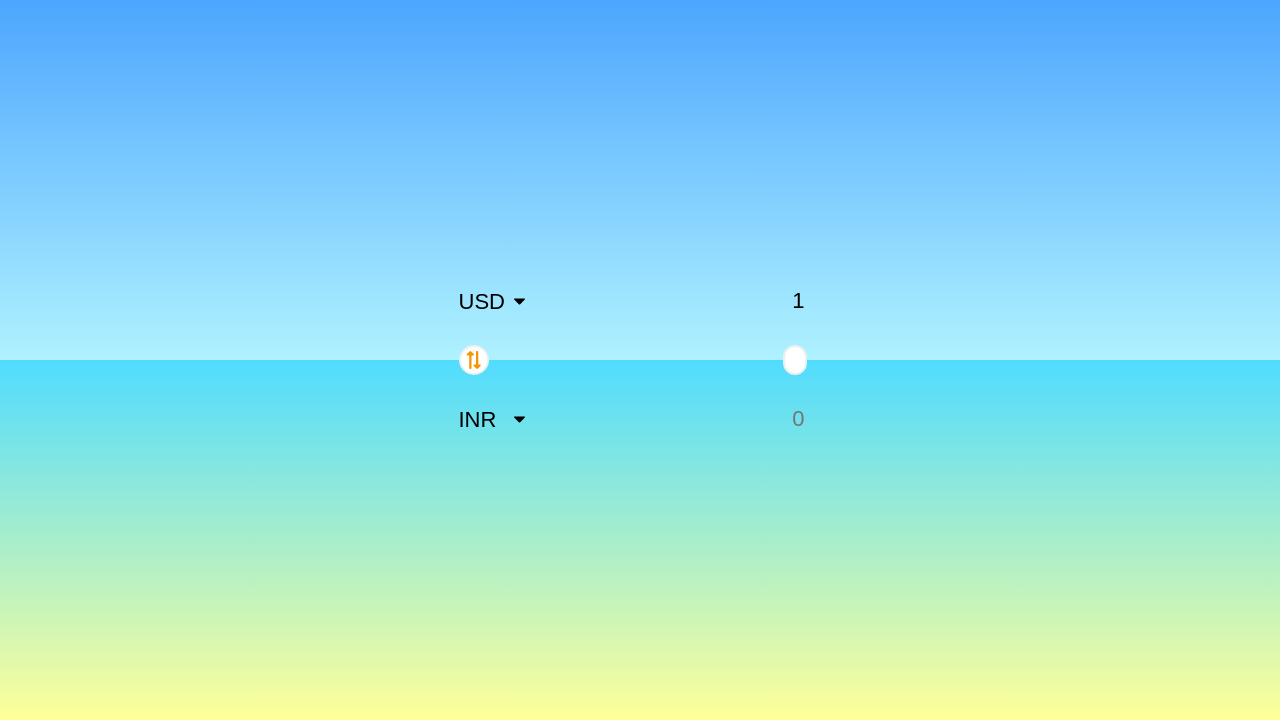
Repository: Sp4ngl3r/Currency-Converter
Page: currency.html
These files come from the project's save history. The page is drawn as it stood at one moment and after the next save; the edit follows.
The browser window is 1280 px wide. The pictures show the whole page.
Some web fonts or font styles are not loaded; a fallback is used. Some web libraries are served in a nearby version.

Above is the page before, as saved 2020-04-18 18:21:53.
Console error: TypeError: Cannot read properties of null (reading 'addEventListener')

### currency.html
<html lang="en">
  <head>
    <meta charset="UTF-8" />
    <title>USD to INR</title>
    <link
      rel="stylesheet"
      href="https://cdnjs.cloudflare.com/ajax/libs/font-awesome/5.10.2/css/all.min.css"
    />
    <link rel="stylesheet" href="currency.css" />
  </head>

  <body>
    <div class="container">
      <div class="currency">
        <select id="from_currency">
          <option value="AED">AED</option>
          <option value="ARS">ARS</option>
          <option value="AUD">AUD</option>
          <option value="BGN">BGN</option>
          <option value="BRL">BRL</option>
          <option value="BSD">BSD</option>
          <option value="CAD">CAD</option>
          <option value="CHF">CHF</option>
          <option value="CLP">CLP</option>
          <option value="CNY">CNY</option>
          <option value="COP">COP</option>
          <option value="CZK">CZK</option>
          <option value="DKK">DKK</option>
          <option value="DOP">DOP</option>
          <option value="EGP">EGP</option>
          <option value="EUR">EUR</option>
          <option value="FJD">FJD</option>
          <option value="GBP">GBP</option>
          <option value="GTQ">GTQ</option>
          <option value="HKD">HKD</option>
          <option value="HRK">HRK</option>
          <option value="HUF">HUF</option>
          <option value="IDR">IDR</option>
          <option value="ILS">ILS</option>
          <option value="INR">INR</option>
          <option value="ISK">ISK</option>
          <option value="JPY">JPY</option>
          <option value="KRW">KRW</option>
          <option value="KZT">KZT</option>
          <option value="MXN">MXN</option>
          <option value="MYR">MYR</option>
          <option value="NOK">NOK</option>
          <option value="NZD">NZD</option>
          <option value="PAB">PAB</option>
          <option value="PEN">PEN</option>
          <option value="PHP">PHP</option>
          <option value="PKR">PKR</option>
          <option value="PLN">PLN</option>
          <option value="PYG">PYG</option>
          <option value="RON">RON</option>
          <option value="RUB">RUB</option>
          <option value="SAR">SAR</option>
          <option value="SEK">SEK</option>
          <option value="SGD">SGD</option>
          <option value="THB">THB</option>
          <option value="TRY">TRY</option>
          <option value="TWD">TWD</option>
          <option value="UAH">UAH</option>
          <option value="USD" selected>USD</option>
          <option value="UYU">UYU</option>
          <option value="VND">VND</option>
          <option value="ZAR">ZAR</option>
        </select>
        <input type="number" id="from_ammount" placeholder="0" value="1" />
      </div>
      <div class="middle">
        <button id="exchange">
          <i class="fas fa-exchange-alt"></i>
        </button>
        <div class="rate" id="rate"></div>
      </div>
      <div class="currency">
        <select id="to_currency"
          ><option value="AED">AED</option>
          <option value="ARS">ARS</option>
          <option value="AUD">AUD</option>
          <option value="BGN">BGN</option>
          <option value="BRL">BRL</option>
          <option value="BSD">BSD</option>
          <option value="CAD">CAD</option>
          <option value="CHF">CHF</option>
          <option value="CLP">CLP</option>
          <option value="CNY">CNY</option>
          <option value="COP">COP</option>
          <option value="CZK">CZK</option>
          <option value="DKK">DKK</option>
          <option value="DOP">DOP</option>
          <option value="EGP">EGP</option>
          <option value="EUR">EUR</option>
          <option value="FJD">FJD</option>
          <option value="GBP">GBP</option>
          <option value="GTQ">GTQ</option>
          <option value="HKD">HKD</option>
          <option value="HRK">HRK</option>
          <option value="HUF">HUF</option>
          <option value="IDR">IDR</option>
          <option value="ILS">ILS</option>
          <option value="INR" selected>INR</option>
          <option value="ISK">ISK</option>
          <option value="JPY">JPY</option>
          <option value="KRW">KRW</option>
          <option value="KZT">KZT</option>
          <option value="MXN">MXN</option>
          <option value="MYR">MYR</option>
          <option value="NOK">NOK</option>
          <option value="NZD">NZD</option>
          <option value="PAB">PAB</option>
          <option value="PEN">PEN</option>
          <option value="PHP">PHP</option>
          <option value="PKR">PKR</option>
          <option value="PLN">PLN</option>
          <option value="PYG">PYG</option>
          <option value="RON">RON</option>
          <option value="RUB">RUB</option>
          <option value="SAR">SAR</option>
          <option value="SEK">SEK</option>
          <option value="SGD">SGD</option>
          <option value="THB">THB</option>
          <option value="TRY">TRY</option>
          <option value="TWD">TWD</option>
          <option value="UAH">UAH</option>
          <option value="USD">USD</option>
          <option value="UYU">UYU</option>
          <option value="VND">VND</option>
          <option value="ZAR">ZAR</option>
        </select>
        <input type="number" id="to_amount" placeholder="0" />
      </div>
    </div>
    <script src="currency.js"></script>
  </body>
</html>

### currency.css
@import url("https://fonts.googleapis.com/css?family=Muli&display=swap");
* {
  box-sizing: border-box;
}
body {
  background: linear-gradient(
    to bottom,
    #4da6ff 0%,
    #aff2ff 50%,
    #50dcff 50%,
    #ffff99 100%
  );
  font-family: "Muli", sans-serif;
  display: flex;
  flex-direction: column;
  justify-content: center;
  align-items: center;
  height: 100vh;
  margin: 0;
}
.currency {
  display: flex;
  align-items: center;
  justify-content: space-between;
}
.currency select {
  background: transparent;
  background-image: url("data:[embedded picture, 475 characters]");
  background-repeat: no-repeat, repeat;
  background-position: right 0.2em top 50%, 0 0;
  background-size: 0.5em auto, 100%;
  border: 0;
  padding-right: 20px;
  font-size: 22px;
  -moz-appearance: none;
  -webkit-appearance: none;
  appearance: none;
}
.currency input {
  border: 0;
  background: transparent;
  font-size: 22px;
  text-align: right;
}
.middle {
  color: #f59300;
  display: flex;
  align-items: center;
  justify-content: space-between;
}
.middle button {
  background-color: #fff;
  border: 2px solid #ecf0f1;
  border-radius: 50%;
  cursor: pointer;
  color: #f59300;
  font-size: 18px;
  display: flex;
  align-items: center;
  justify-content: center;
  height: 30px;
  width: 30px;
  transform: rotate(90deg);
}
.middle button:active {
  transform: rotate(90deg) scale(0.9);
}
.middle .rate {
  background-color: #fff;
  border: 2px solid #ecf0f1;
  border-radius: 50px;
  font-size: 18px;
  display: flex;
  align-items: center;
  justify-content: center;
  height: 30px;
  padding: 0 10px;
  margin: 30px 15px 30px 25px;
}
select:focus,
input:focus,
button:focus {
  outline: 0;
}

### currency.js
const from_currencyEl = document.getElementById("from_currency");
const from_ammountEl = document.getElementById("from_ammount");
const to_currencyEl = document.getElementById("to_currency");
const to_ammountEl = document.getElementById("to_ammount");
const rateEl = document.getElementById("rate");
const exchange = document.getElementById("exchange");

from_currencyEl.addEventListener("change", calculate);
from_ammountEl.addEventListener("input", calculate);
to_currencyEl.addEventListener("change", calculate);
to_ammountEl.addEventListener("input", calculate);

exchange.addEventListener("click", () => {
  const temp = from_currencyEl.value;
  from_currencyEl.value = to_currencyEl.value;
  to_currencyEl.value = temp;
  calculate();
});

function calculate() {
  const from_currency = from_currencyEl.value;
  const to_currency = to_currencyEl.value;

  fetch(`https://api.exchangerate-api.com/v4/latest/${from_currency}`)
    .then((res) => res.json())
    .then((res) => {
      const rate = res.rates[to_currency];
      rateEl.innerText = `1 ${from_currency} = ${rate} ${to_currency}`;
      to_ammountEl.value = (from_ammountEl.value * rate).toFixed(2);
    });
}

calculate();

After the next save:
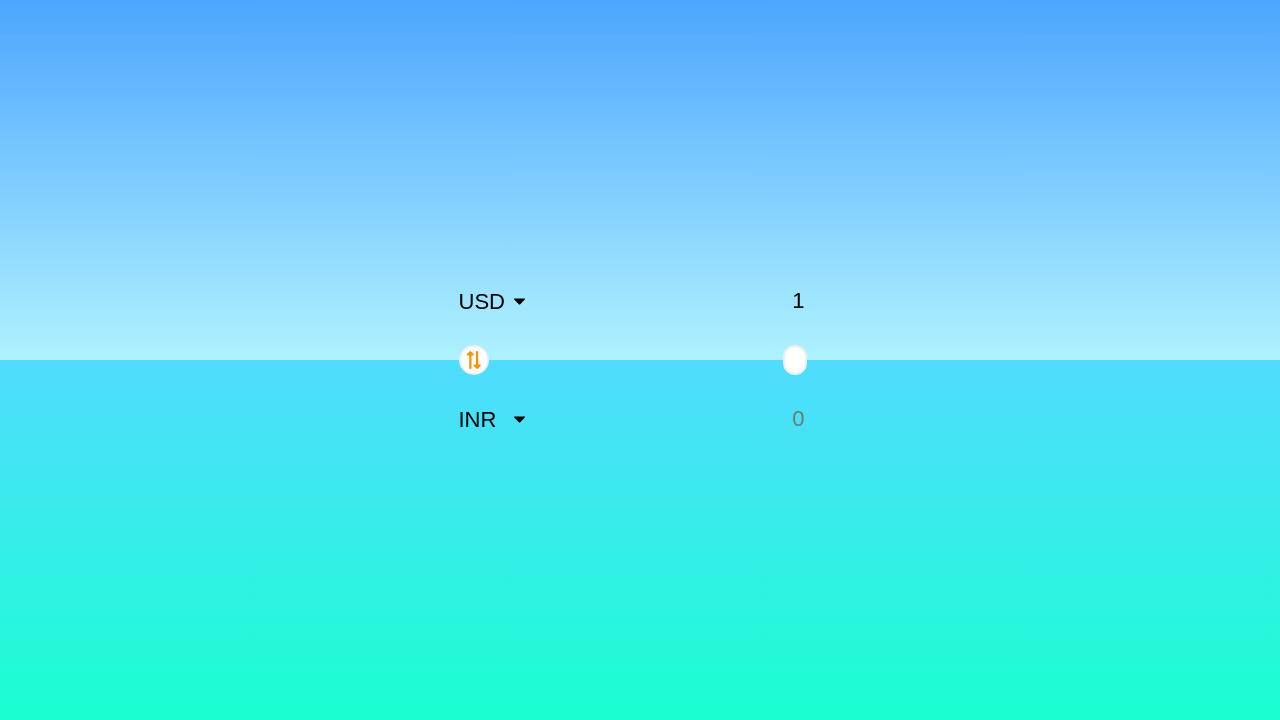
Saved 62 s later.
--- a/currency.css
+++ b/currency.css
@@ -8,7 +8,7 @@ body {
     #4da6ff 0%,
     #aff2ff 50%,
     #50dcff 50%,
-    #ffff99 100%
+    #1affd1 100%
   );
   font-family: "Muli", sans-serif;
   display: flex;
